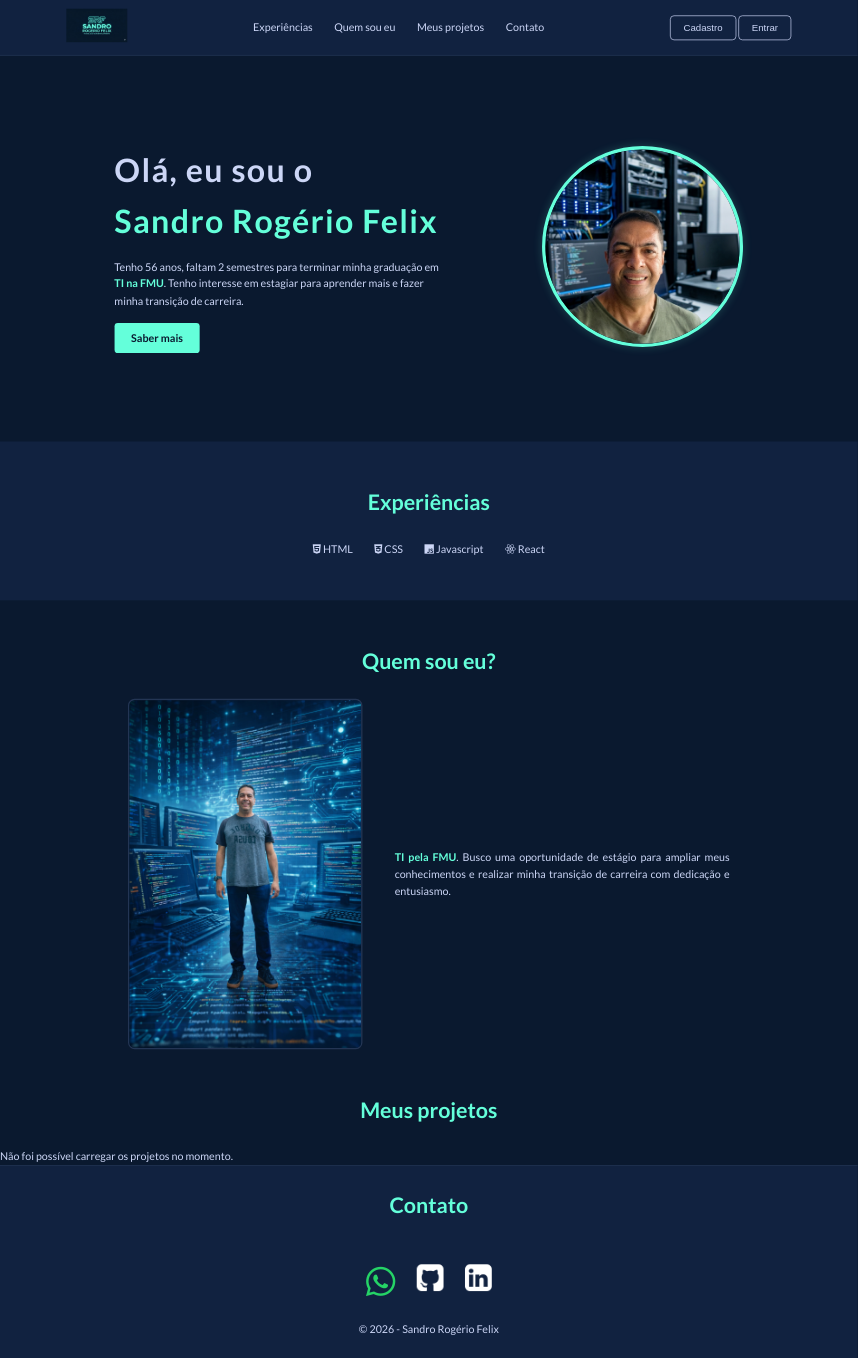
Repository: Sandro1969-tech/portifolio-Sandro
Page: index.html
The author's editor kept a copy of each file at every save. The page is drawn from the files as they stood at one save, then again after a run of saves.
The browser window is 1280 px wide. The pictures show the whole page, at 67% of full size.
The page's requests for data from a server got no answer.

Above is the page before, as saved 2026-07-20 17:56:43.

After the next 4 saves:
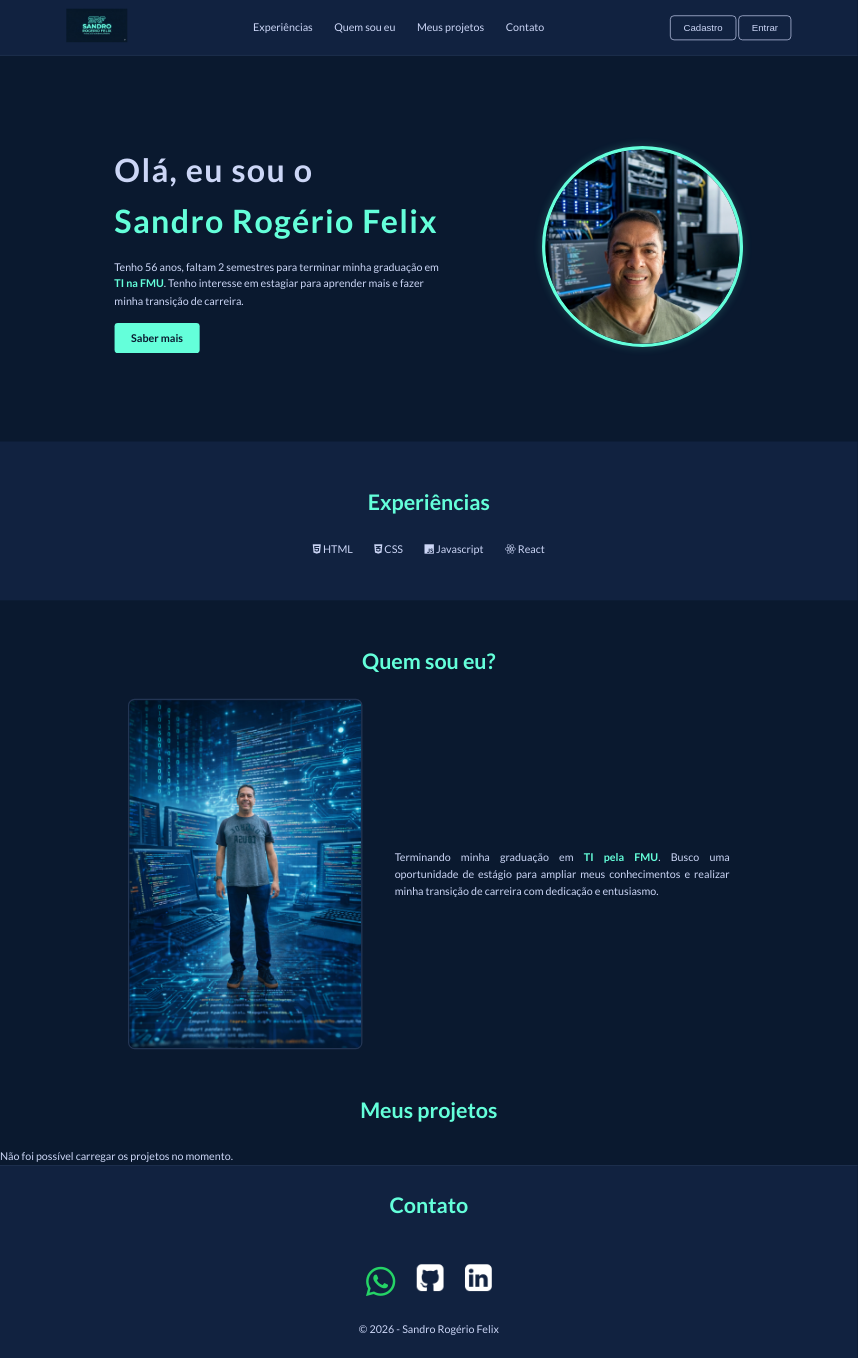
The 4 saves are shown as one change because they came seconds apart.
The last was saved 15 s later.
--- a/index.html
+++ b/index.html
@@ -55,7 +55,7 @@
             <h2 class="title">Quem sou eu?</h2>
             <div>
 <img class="quem-sou-eu" src="image/tech.png" alt="Tecnologia">                <p>
-                     <strong>TI pela FMU</strong>.
+                    Terminando minha graduação em  <strong>TI pela FMU</strong>.
                     Busco uma oportunidade de estágio para ampliar meus conhecimentos e realizar
                     minha transição de carreira com dedicação e entusiasmo.
                 </p>
